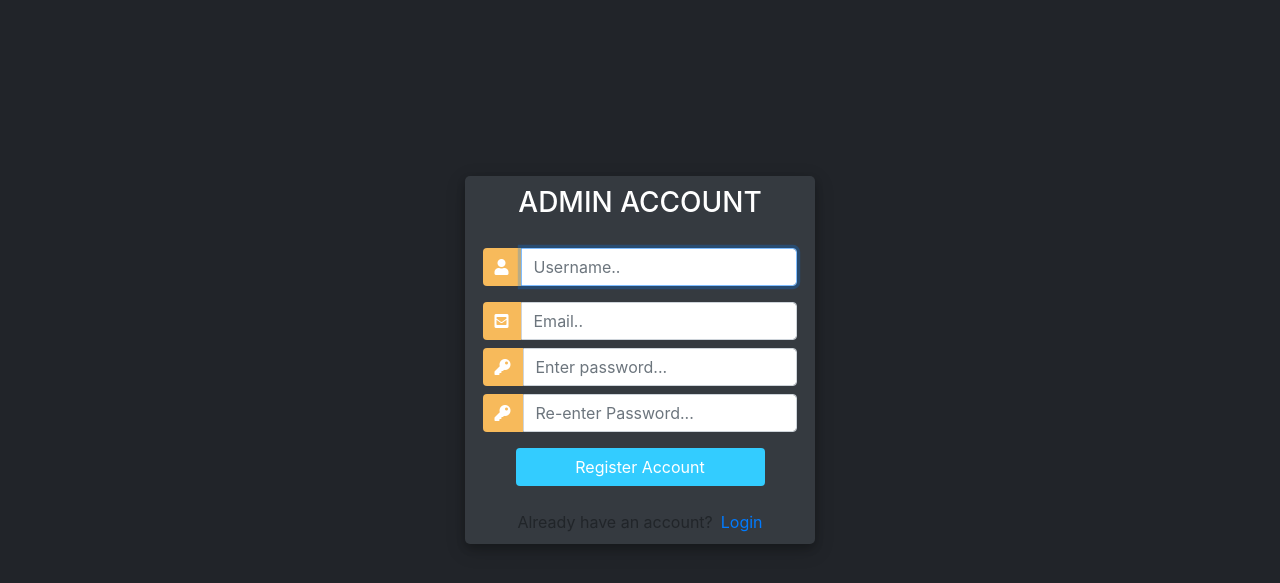
Repository: Abdaljawad-Aya/login-register-auth-validation-Django
Page: http://localhost/register/
The author's editor kept a copy of each file at every save. The page is drawn from the files as they stood at one save, then again after the next save.
The browser window is 1280 px wide. The pictures show the whole page.
Some web libraries are served in a nearby version. The page is served by the project's application, run on Django 3.2 (project8/manage.py). Other server files are loaded and not shown.

Above is the page before, as saved 2021-03-11 22:22:23.

### project8/project8/templates/register.html
<!DOCTYPE html>
<html>

<head>
	<title>Login</title>
	<link rel="stylesheet" href="https://stackpath.bootstrapcdn.com/bootstrap/4.1.3/css/bootstrap.min.css" integrity="sha384-MCw98/SFnGE8fJT3GXwEOngsV7Zt27NXFoaoApmYm81iuXoPkFOJwJ8ERdknLPMO" crossorigin="anonymous">
	<script src="https://ajax.googleapis.com/ajax/libs/jquery/3.3.1/jquery.min.js"></script>
	<link rel="stylesheet" href="https://use.fontawesome.com/releases/v5.6.1/css/all.css" integrity="sha384-gfdkjb5BdAXd+lj+gudLWI+BXq4IuLW5IT+brZEZsLFm++aCMlF1V92rMkPaX4PP" crossorigin="anonymous">

	<style>
		body,
		html {
			margin: 0;
			padding: 0;
			height: 100%;
			background: #212429 !important;
		}
		.user_card {
			width: 350px;
			margin-top: auto;
			margin-bottom: auto;
			background: #353a40;
			position: relative;
			display: flex;
			justify-content: center;
			flex-direction: column;
			padding: 10px;
			box-shadow: 0 4px 8px 0 rgba(0, 0, 0, 0.2), 0 6px 20px 0 rgba(0, 0, 0, 0.19);
			-webkit-box-shadow: 0 4px 8px 0 rgba(0, 0, 0, 0.2), 0 6px 20px 0 rgba(0, 0, 0, 0.19);
			-moz-box-shadow: 0 4px 8px 0 rgba(0, 0, 0, 0.2), 0 6px 20px 0 rgba(0, 0, 0, 0.19);
			border-radius: 5px;

		}

		.form_container {
			margin-top: 20px;
		}

		#form-title{
			color: #fff;
		}
		.login_btn {
			width: 100%;
			background: #33ccff !important;
			color: white !important;
		}
		.login_btn:focus {
			box-shadow: none !important;
			outline: 0px !important;
		}
		.login_container {
			padding: 0 2rem;
		}
		.input-group-text {
			background: #f7ba5b !important;
			color: white !important;
			border: 0 !important;
			border-radius: 0.25rem 0 0 0.25rem !important;
		}
		.input_user,
		.input_pass:focus {
			box-shadow: none !important;
			outline: 0px !important;
		}

	</style>

</head>
<body>
	<div class="container h-100">
		<div class="d-flex justify-content-center h-100">
			<div class="user_card">
				<div class="d-flex justify-content-center">
					<h3 id="form-title">ADMIN ACCOUNT</h3>
				</div>
				<div class="d-flex justify-content-center form_container">

					<form method="POST" action="">
            {% csrf_token %}

						<div class="input-group mb-3">
							<div class="input-group-append">
								<span class="input-group-text"><i class="fas fa-user"></i></span>
							</div>
							{{form.username}}
						</div>
						<div class="input-group mb-2">
							<div class="input-group-append">
								<span class="input-group-text"><i class="fas fa-envelope-square"></i></span>
							</div>
							  {{form.email}}

						</div>
						<div class="input-group mb-2">
							<div class="input-group-append">
								<span class="input-group-text"><i class="fas fa-key"></i></span>
							</div>
							  {{form.password1}}
						</div>
						<div class="input-group mb-2">
							<div class="input-group-append">
								<span class="input-group-text"><i class="fas fa-key"></i></span>
							</div>
							 {{form.password2}}
						</div>

				   		<div class="d-flex justify-content-center mt-3 login_container">
				 			<input class="btn login_btn" type="submit" value="Register Account">
				   		</div>
					</form>
				</div>

				<div class="mt-4">
					<div class="d-flex justify-content-center links">
						Already have an account? <a href="{% url 'login' %}" class="ml-2">Login</a>
					</div>
				</div>
			</div>
		</div>
	</div>
	<script>
						/* Because i didnt set placeholder values in forms.py they will be set here using vanilla Javascript
		//We start indexing at one because CSRF_token is considered and input field
		 */

		//Query All input fields
		var form_fields = document.getElementsByTagName('input')
		form_fields[1].placeholder='Username..';
		form_fields[2].placeholder='Email..';
		form_fields[3].placeholder='Enter password...';
		form_fields[4].placeholder='Re-enter Password...';


		for (var field in form_fields){
			form_fields[field].className += ' form-control'
		}
	</script>
</body>
</html>



{% comment %} <h1>register</h1>


<form method="POST" action>
  {% csrf_token %}
  {{form.username.label}}
  {{form.username}}

  {{form.email.label}}
  {{form.email}}

  {{form.password1.label}}
  {{form.password1}}

  {{form.password2.label}}
  {{form.password2}}
     <input type="submit" name="Create User">
</form> {% endcomment %}

### project8/project8/App/forms.py
from django.forms import ModelForm
from django.contrib.auth.forms import UserCreationForm
from django.contrib.auth.models import User
from django import forms

from .models import Data_Source



class OrderForm(ModelForm):
  class Meta:
          model  = Data_Source
          fields = '__all__'

class CreateUserForm(UserCreationForm):
    class Meta:
          model  = User
          fields = ['username','email','password1','password2']

### project8/project8/App/views.py
from django.shortcuts import render
from django.contrib.auth.forms import UserCreationForm


# Create your views here.
from .models import *
from .forms import OrderForm, CreateUserForm
from .filters import OrderFilters


def registerPage(request):
    form = CreateUserForm()

    if request.method == 'POST':
        form = CreateUserForm(request.POST)
        if form.is_valid():
              form.save()

    context ={'form':form}
    return render(request, '../templates/register.html', context)


def loginPage(request):
    context ={}
    return render(request, '../templates/login.html', context)

def index(request):
    return render(request , "index.html")

### project8/project8/project8/urls.py
"""project8 URL Configuration

The `urlpatterns` list routes URLs to views. For more information please see:
    https://docs.djangoproject.com/en/3.1/topics/http/urls/
Examples:
Function views
    1. Add an import:  from my_app import views
    2. Add a URL to urlpatterns:  path('', views.home, name='home')
Class-based views
    1. Add an import:  from other_app.views import Home
    2. Add a URL to urlpatterns:  path('', Home.as_view(), name='home')
Including another URLconf
    1. Import the include() function: from django.urls import include, path
    2. Add a URL to urlpatterns:  path('blog/', include('blog.urls'))
"""
from django.contrib import admin
from django.urls import path
from App import views

urlpatterns = [
    path('register/', views.registerPage, name="register"),
    path('login/', views.loginPage, name="login"),

    path('admin/', admin.site.urls),
    path('', views.index),
]

After the next save:
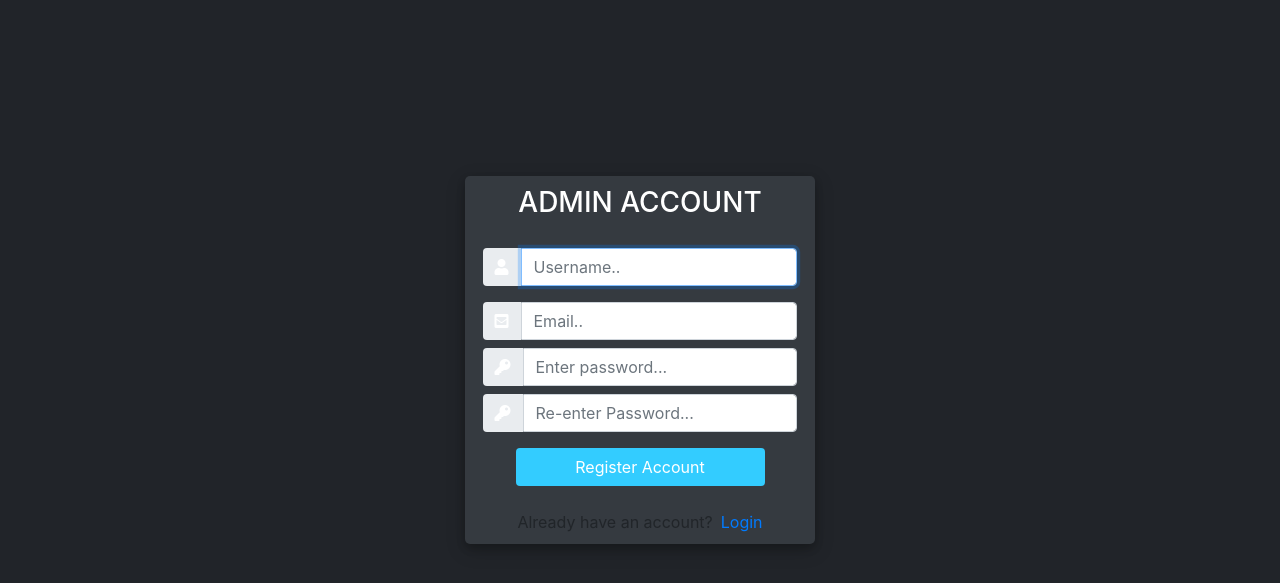
Saved 58 s later.
--- a/project8/project8/templates/register.html
+++ b/project8/project8/templates/register.html
@@ -52,7 +52,7 @@
 			padding: 0 2rem;
 		}
 		.input-group-text {
-			background: #f7ba5b !important;
+			background: ##212429 !important;
 			color: white !important;
 			border: 0 !important;
 			border-radius: 0.25rem 0 0 0.25rem !important;
